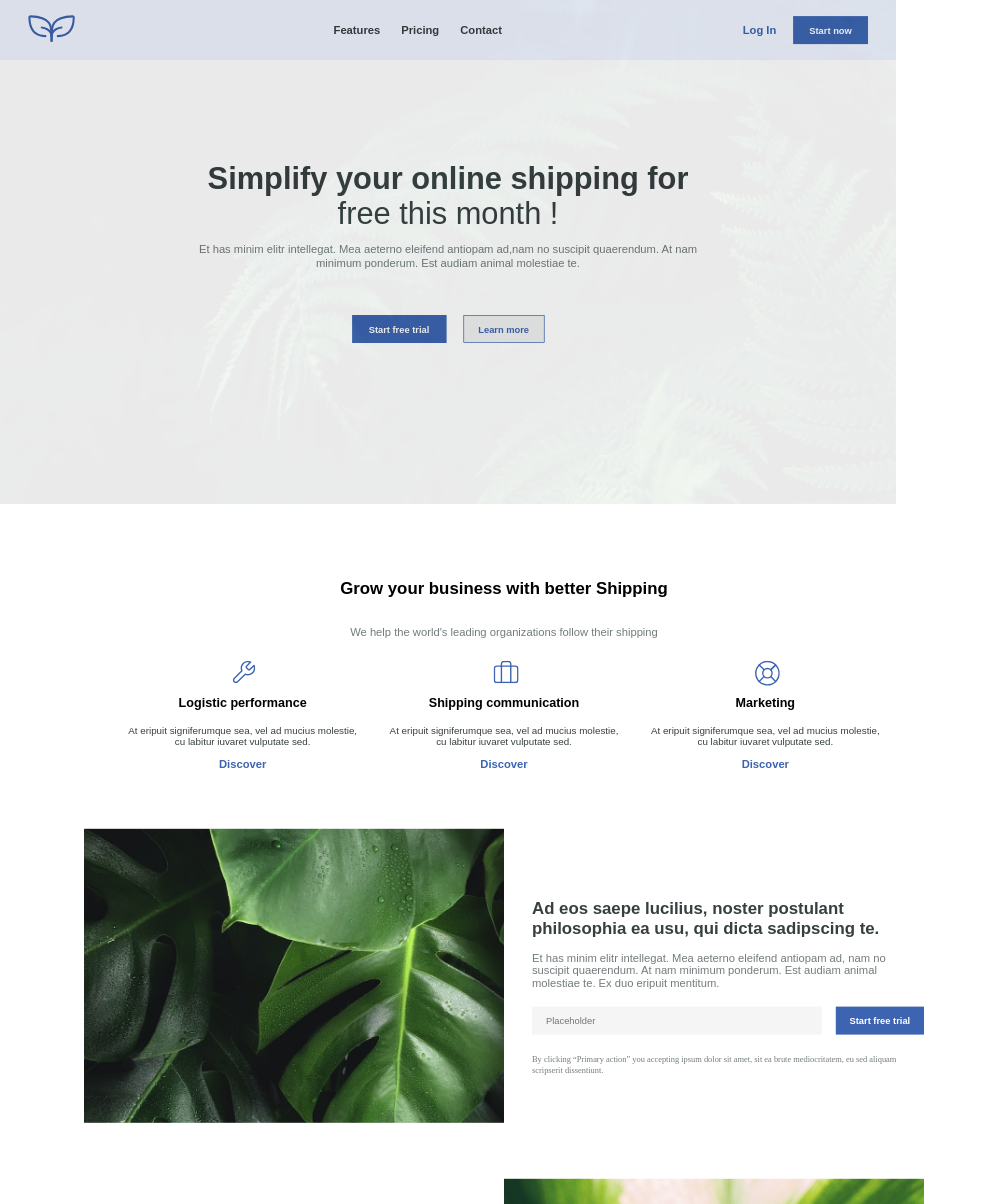
Repository: Mygit2001/LeTuSy_Test_Ecommage
Page: index.html
These files come from the project's save history. The page is drawn as it stood at one moment and after the next save; the edit follows.
The browser window is 1280 px wide. The page is 1440 px wide, so the pictures cover 1440 px, including what lies to the right of the window. The pictures show the part of the page from y = 0 to 1720 px (the page is 2604 px tall), at 70% of full size.
Some web fonts or font styles are not loaded; a fallback is used.

Above is the page before, as saved 2023-02-15 21:56:24.

After the next save:
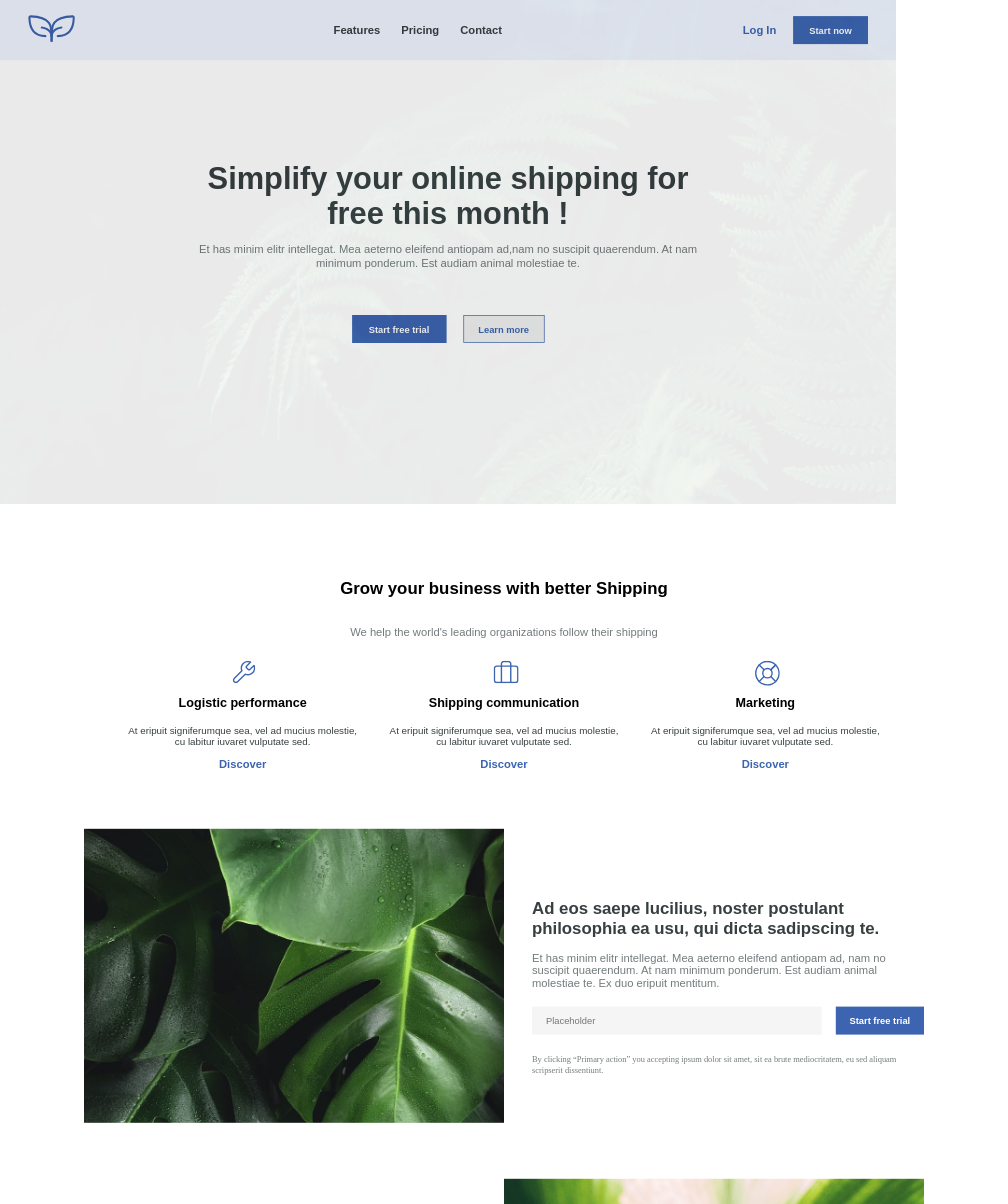
Saved 12 s later.
--- a/index.html
+++ b/index.html
@@ -73,7 +73,7 @@
         <div class="main_intro-content">
           <div class="main_intro-content-text">
             <span class="fw-700">Simplify your online shipping for </span>
-            <span>free this month !</span>
+            <span class="fw-700">free this month !</span>
             <p>
               Et has minim elitr intellegat. Mea aeterno eleifend antiopam
               ad,nam no suscipit quaerendum. At nam minimum ponderum. Est audiam
